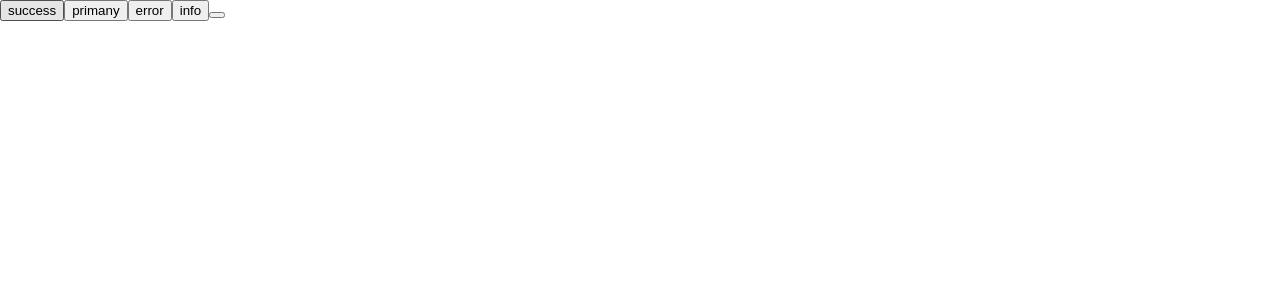
Repository: loooseFish/Jenkins_Case
Page: /
The author's editor kept a copy of each file at every save. The page is drawn from the files as they stood at one save, then again after a run of saves.
The browser window is 1280 px wide. The pictures show the whole page.
The project was rebuilt for these pictures with package versions that can differ from the ones it lists, and the page was loaded fresh each time. Also part of the build but not shown: vue.config.js.

Above is the page before, as saved 2024-05-13 19:19:24.

After the next 3 saves:
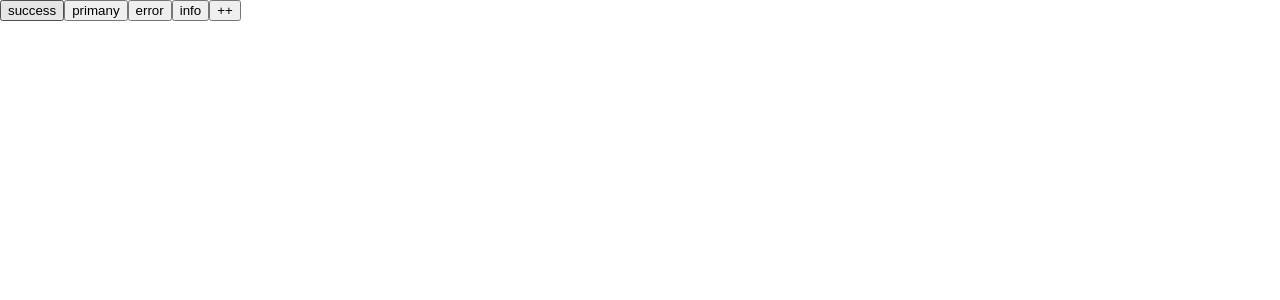
The 3 saves are shown as one change because they came seconds apart.
The last was saved 9 s later.
--- a/src/App.vue
+++ b/src/App.vue
@@ -5,7 +5,7 @@
     <button @click="$msg.show({ type: 'error' });">error</button>
     <button @click="$msg.show({ type: 'info' });">info</button>
 
-    <button v-html=""></button>
+    <button >++</button>
   </div>
 </template>
 
